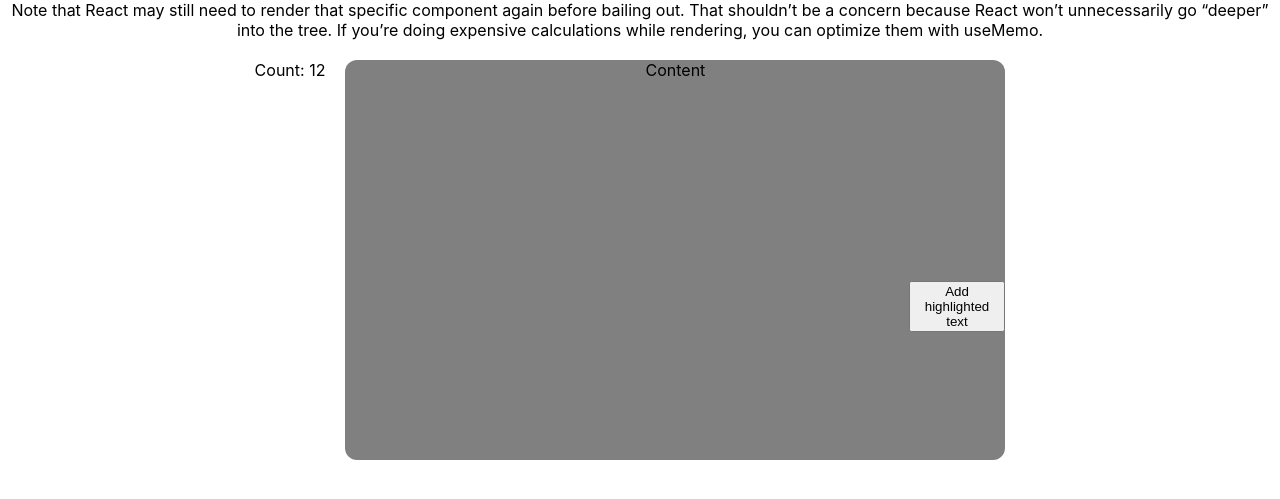
Repository: Farbod29/React-text-highlighter-with-hook-
Page: /
These files come from the project's save history. The page is drawn as it stood at one moment and after a run of saves; the edit follows.
The browser window is 1280 px wide. The pictures show the whole page.
The project was rebuilt for these pictures with package versions that can differ from the ones it lists, and the page was loaded fresh each time.

Above is the page before, as saved 2022-02-18 21:29:53.

After the next 2 saves:
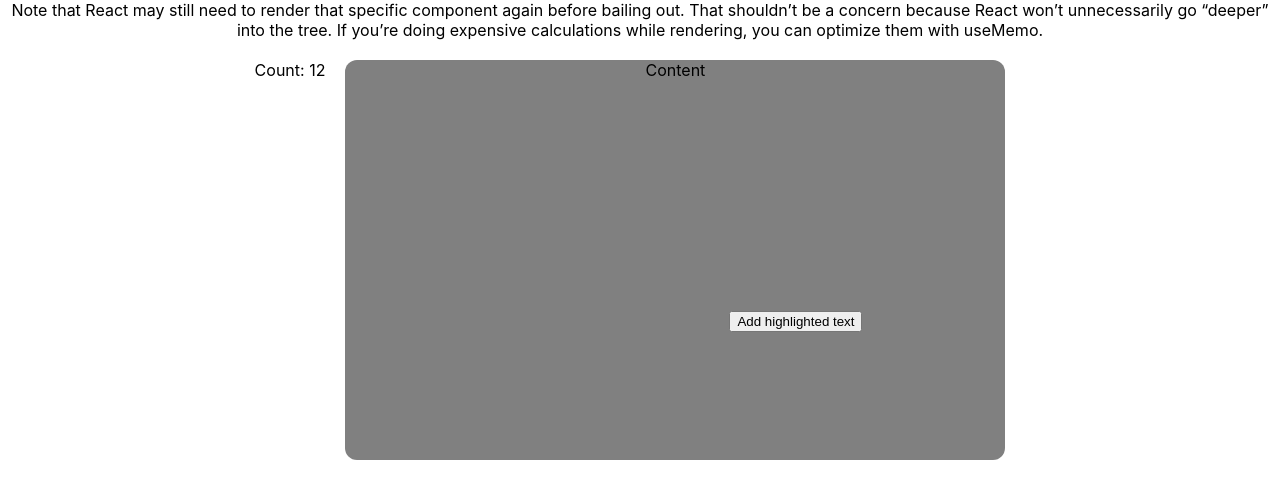
The 2 saves are shown as one change because they came seconds apart.
The last was saved 13 s later.
--- a/src/highlighter.js
+++ b/src/highlighter.js
@@ -34,7 +34,7 @@ export default function Highlighter() {
         }}
       >
         Content
-        <div style={{ position: 'absolute', bottom: '10vw', left: '44vw' }}>
+        <div style={{ position: 'absolute', bottom: '10vw', left: '30vw' }}>
           <button onClick={() => setCount(12)}> Add highlighted text </button>
         </div>
       </div>
